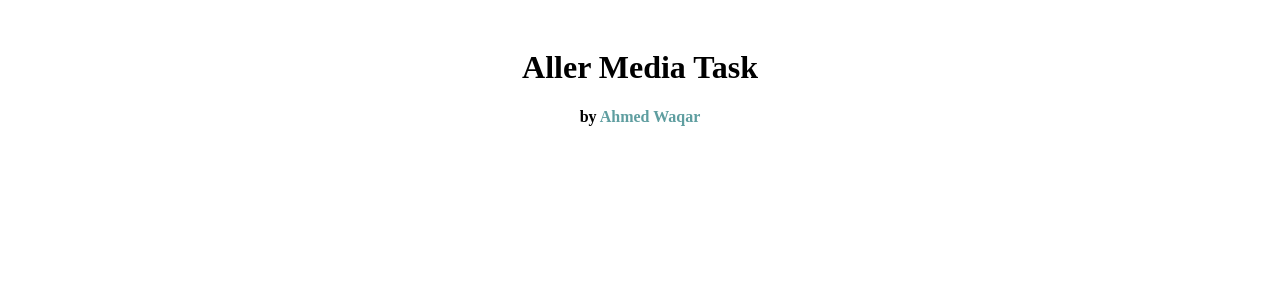
Repository: waqarmalyk/Back-to-front
Page: /
An editor plug-in stored every save of this project. The page is shown before and after the next save, followed by the edit.
The browser window is 1280 px wide. The page is 1282 px wide, then 1280 px, then 1282 px, so the pictures cover 1282 px, including what lies to the right of the window. The pictures show the whole page.
The page's requests for data from a server got no answer. The project was rebuilt for these pictures with package versions that can differ from the ones it lists, and the page was loaded fresh each time. No one was signed in, and anything a server would have sent is missing.

Above is the page before, as saved 2022-02-06 11:11:45.

### src/App.js
import "./App.css";
import Get from "./components/Get";

function App() {
  return (
    <>
      <header className="App">
        <h1>Aller Media Task </h1>
        <p>
          by <span>Ahmed Waqar</span>
        </p>
      </header>
      <Get />
    </>
  );
}

export default App;

### src/App.css
.App {
text-align: center;
font-weight: 600;
padding: 30px;
background-color:rgb(255, 255, 255);
color: black;
margin: -10px -10px
}
span{
  color:cadetblue;
}
span:hover{
  color: black;
}

.container {
  margin: 2em;
  display: flex;
  flex-direction: column;
  align-items: center;
  justify-content: center;
}
.row {
  display: flex;
}

/* Grid Classes */
.col-1{
  width: 8.33%;
}
.col-2 {
  width: 16.66%;
}
.col-3 {
  width: 24.99%;
}
.col-4 {
  width: 33.33%;
}
.col-5 {
  width: 41.66%;
}
.col-6 {
  width: 50%;
}
.col-7 {
  width: 58.33%;
}
.col-8 {
  width: 66.66%;
}
.col-9 {
  width: 74.99%;
}
.col-10 {
  width: 83.33%;
}
.col-11 {
  width: 91.66%;
}
.col-12 {
  width: 100%;
}

### src/components/Get.js
import React, { useState, useEffect, useRef } from "react";
import axios from "axios";

function Get() {
  const ref = useRef(null);

  const [data, setData] = useState([]);
  const [singleWidth, setSingleWidth] = useState(null);

  useEffect(() => {
    setSingleWidth(ref.current.offsetWidth / 12);
    axios
      .get("https://storage.googleapis.com/aller-structure-task/test_data.json")
      .then((res) => {
        setData(res.data[0]);
      })
      .catch((err) => {
        console.log(err);
      });
  }, []);
  return (
    <div className="container" ref={ref}>
      {console.log(singleWidth, data)}
      {data.length > 0 &&
        !!singleWidth &&
        data.map((row, rowIndex) => (
          <div className="row" key={rowIndex}>
            {row.columns.map((column, columnIndex) => (
              <div
                className={"article img  col-" + column.width}
                key={columnIndex}
              >
                <img
                  src={
                    column.imageUrl +
                    "&width=" +
                    singleWidth * column.width +
                    "&height="
                  }
                  alt={column.title}
                />
                <h2 className="flap">{column.title + " - " + column.width}</h2>
              </div>
            ))}
          </div>
        ))}
    </div>
  );
}

export default Get;

Loaded but not shown: public/index.html (common file); src/index.js (common file)

After the next save:
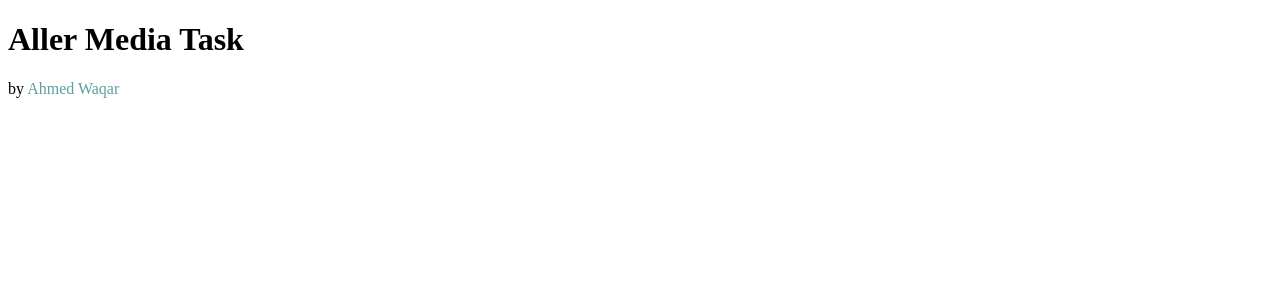
Saved 41 s later.
--- a/src/App.js
+++ b/src/App.js
@@ -4,7 +4,7 @@
 function App() {
   return (
     <>
-      <header className="App">
+      <header className="title">
         <h1>Aller Media Task </h1>
         <p>
           by <span>Ahmed Waqar</span>

After the save that followed:
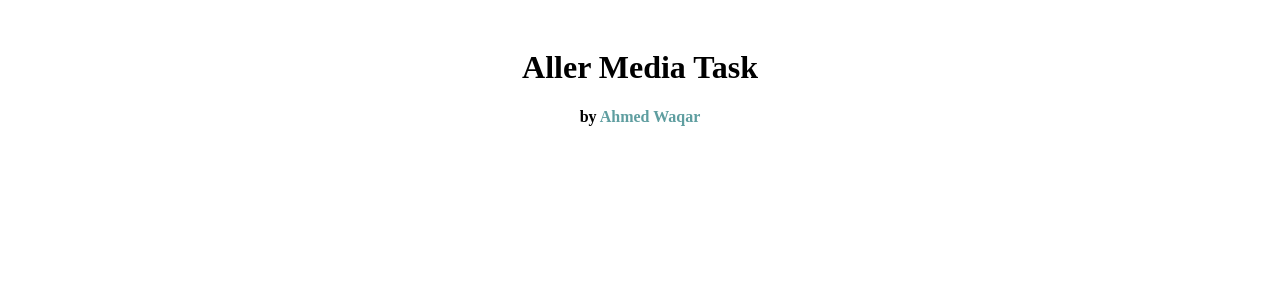
Saved 7 s later.
--- a/src/App.css
+++ b/src/App.css
@@ -1,4 +1,4 @@
-.App {
+.title {
 text-align: center;
 font-weight: 600;
 padding: 30px;
